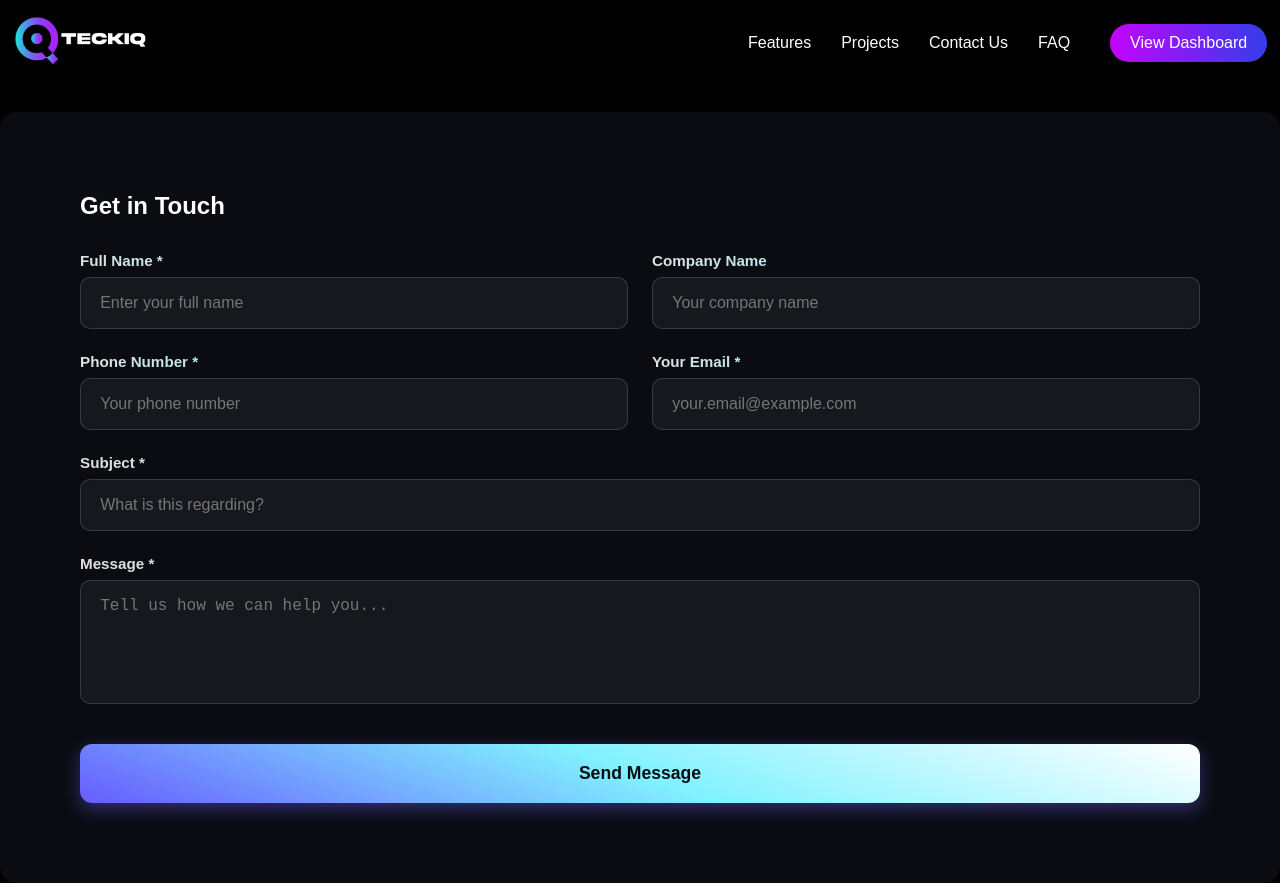
Repository: Uge-dev/Tekagon
Page: frontend/pages/contact.html
An editor plug-in stored every save of this project. The page is shown before and after the next save, followed by the edit.
The browser window is 1280 px wide. The pictures show the whole page.

Above is the page before, as saved 2026-05-05 15:53:29.

After the next save:
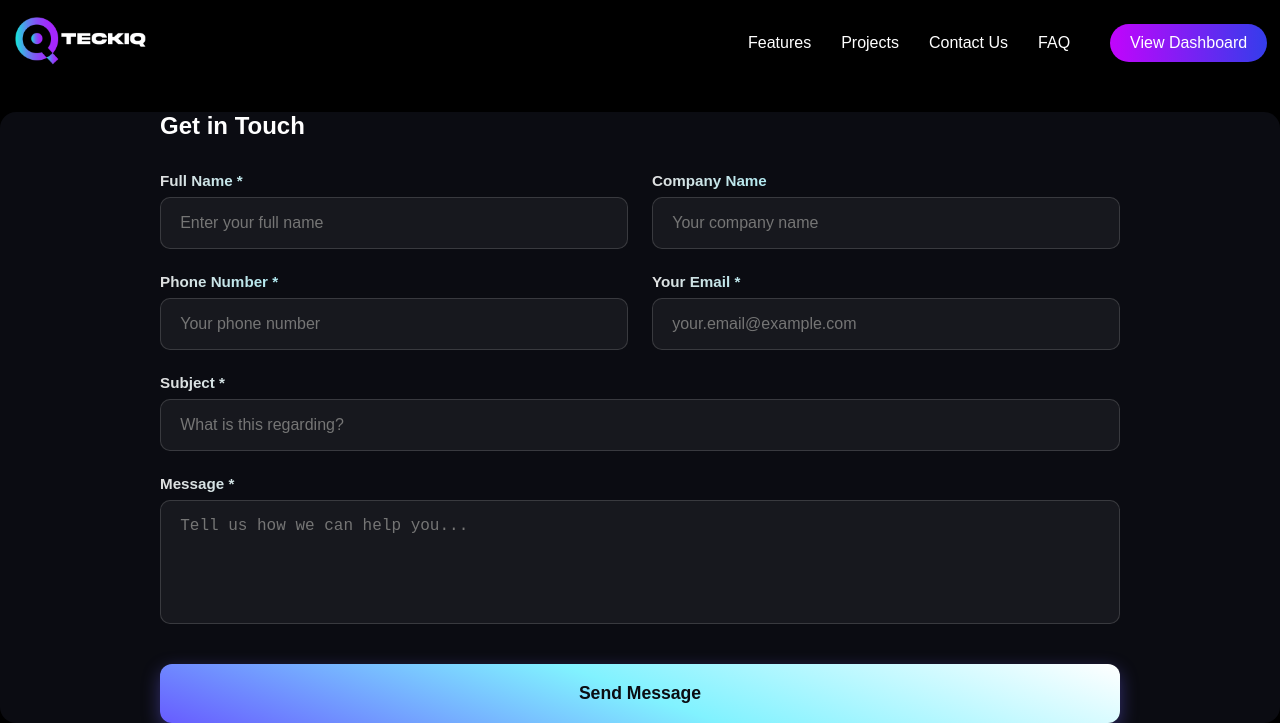
Saved 10 s later.
--- a/frontend/pages/contact.html
+++ b/frontend/pages/contact.html
@@ -47,7 +47,7 @@
 
 
 
-   <section class="contact-section". style="margin-top: 7rem; padding: 5rem 5rem;">
+   <section class="contact-section". style="margin-top: 7rem; padding: 0rem 10rem;">
         <h2 class="header-title">Get in Touch</h2>
         <form class="contact-form" id="contactForm" action="https://formsubmit.co/tekagon.digital@gmail.com"
             method="POST">
